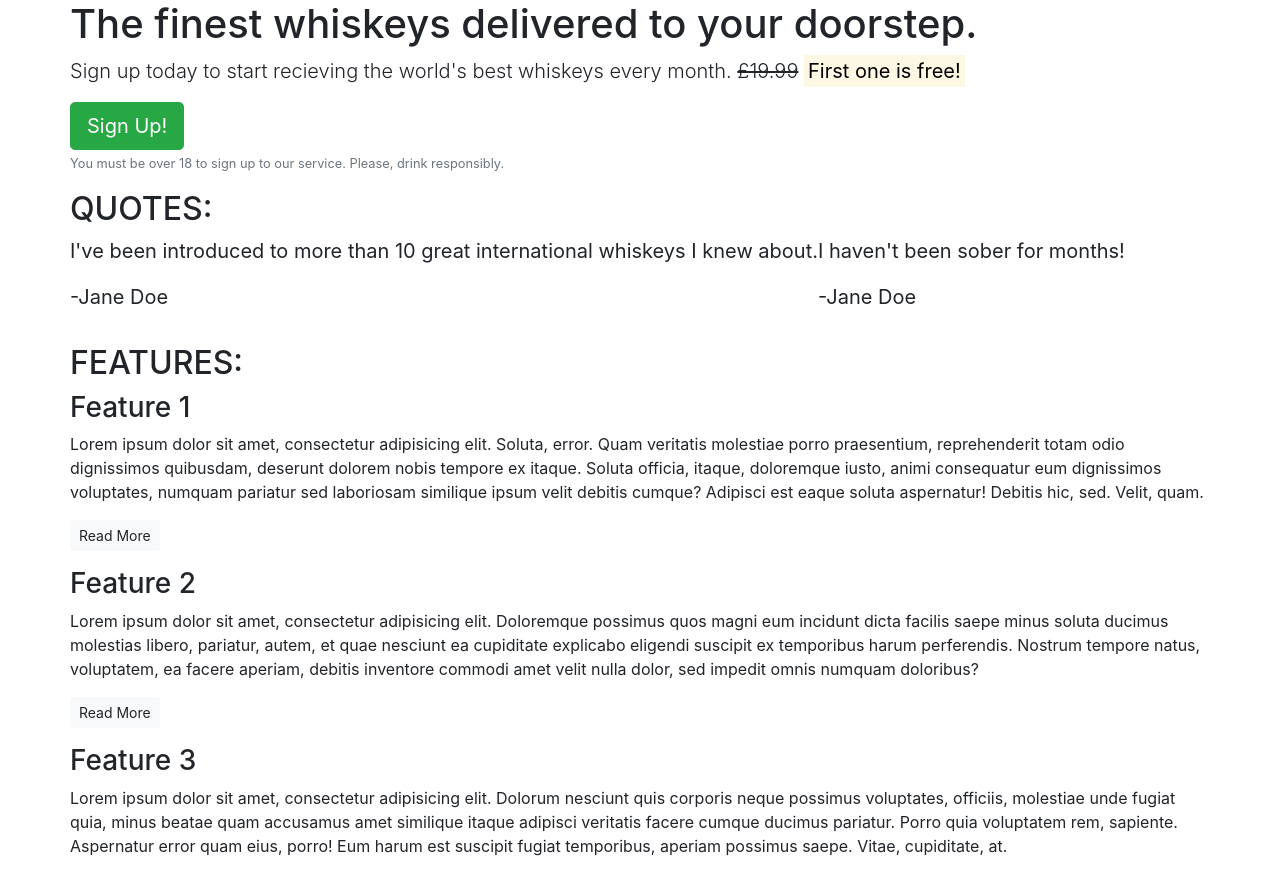
Repository: Leannald13/whiskey-project
Page: index.html
The author's editor kept a record of every edit. The page is drawn from the files as they stood at one moment, then again after the next edit.
The browser window is 1280 px wide. The pictures show the whole page.

Above is the page before.
Console error: TypeError: Cannot read properties of undefined (reading 'fn')

After the next edit:
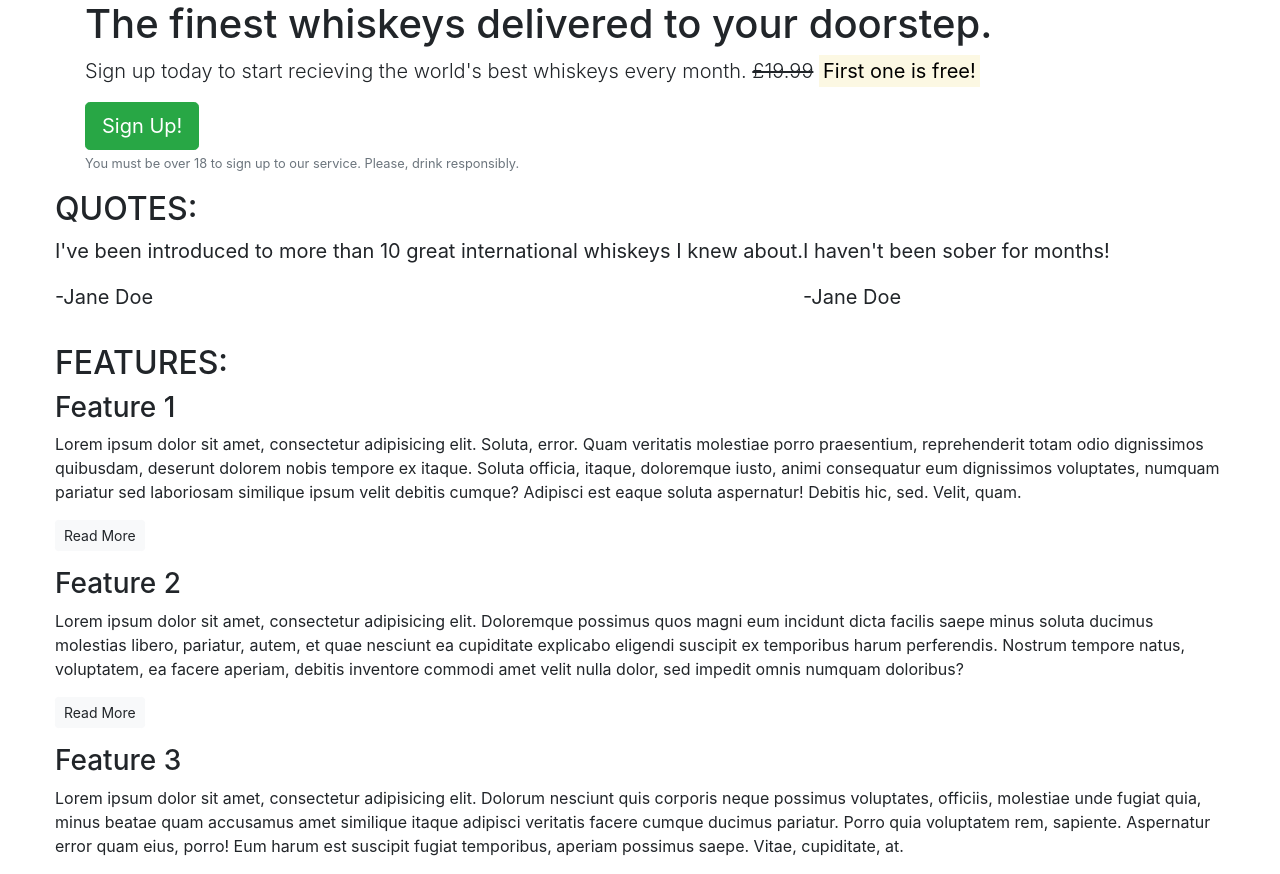
The edit:
--- a/index.html
+++ b/index.html
@@ -13,6 +13,7 @@
 <body>
     <article class="container">
         <div class="row">
+            <div class="col-12">
             <section class="callout">
                 <h1>The finest whiskeys delivered to your doorstep.</h1>
                 <p class="lead">Sign up today to start recieving the world's best whiskeys every month.
